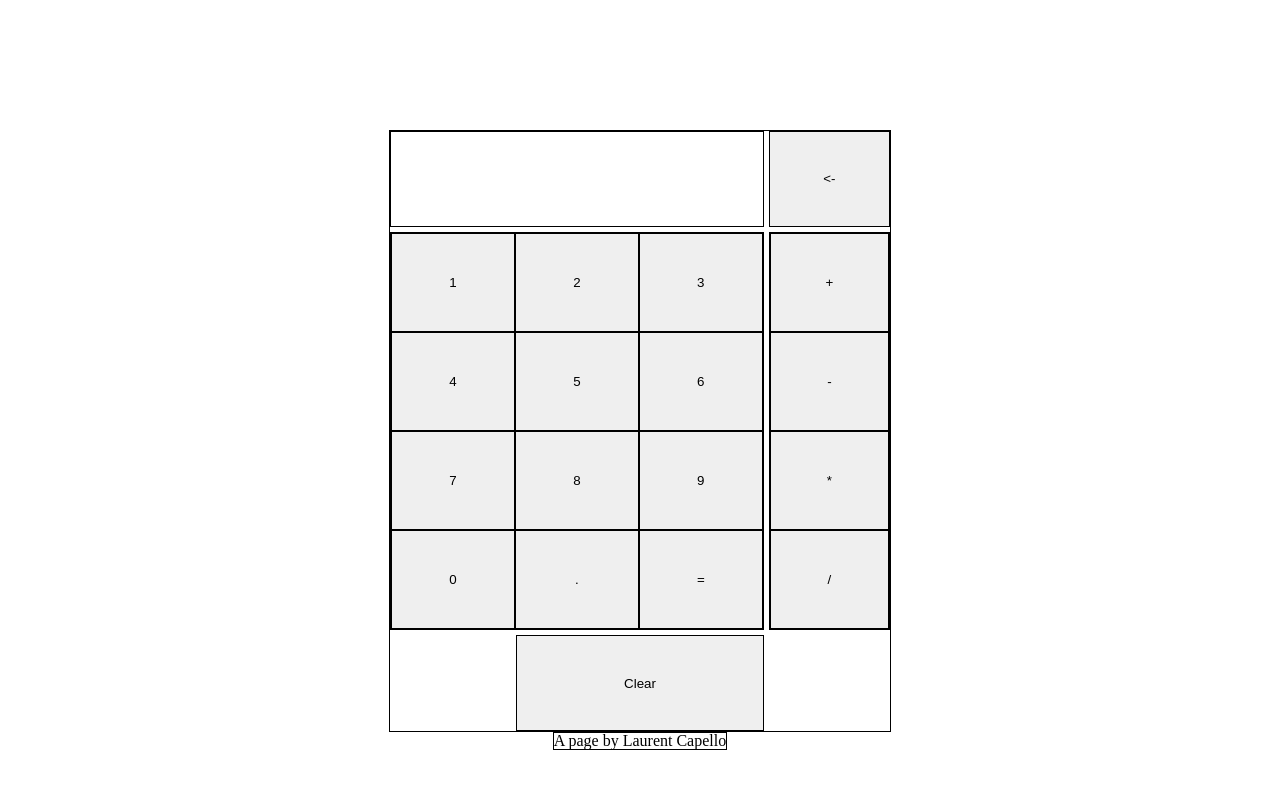
Repository: sokafootball/js-calculator
Page: index.html
The author's editor kept a copy of each file at every save. The page is drawn from the files as they stood at one save, then again after the next save.
The browser window is 1280 px wide. The pictures show the whole page.

Above is the page before, as saved 2020-04-26 12:44:43.

After the next save:
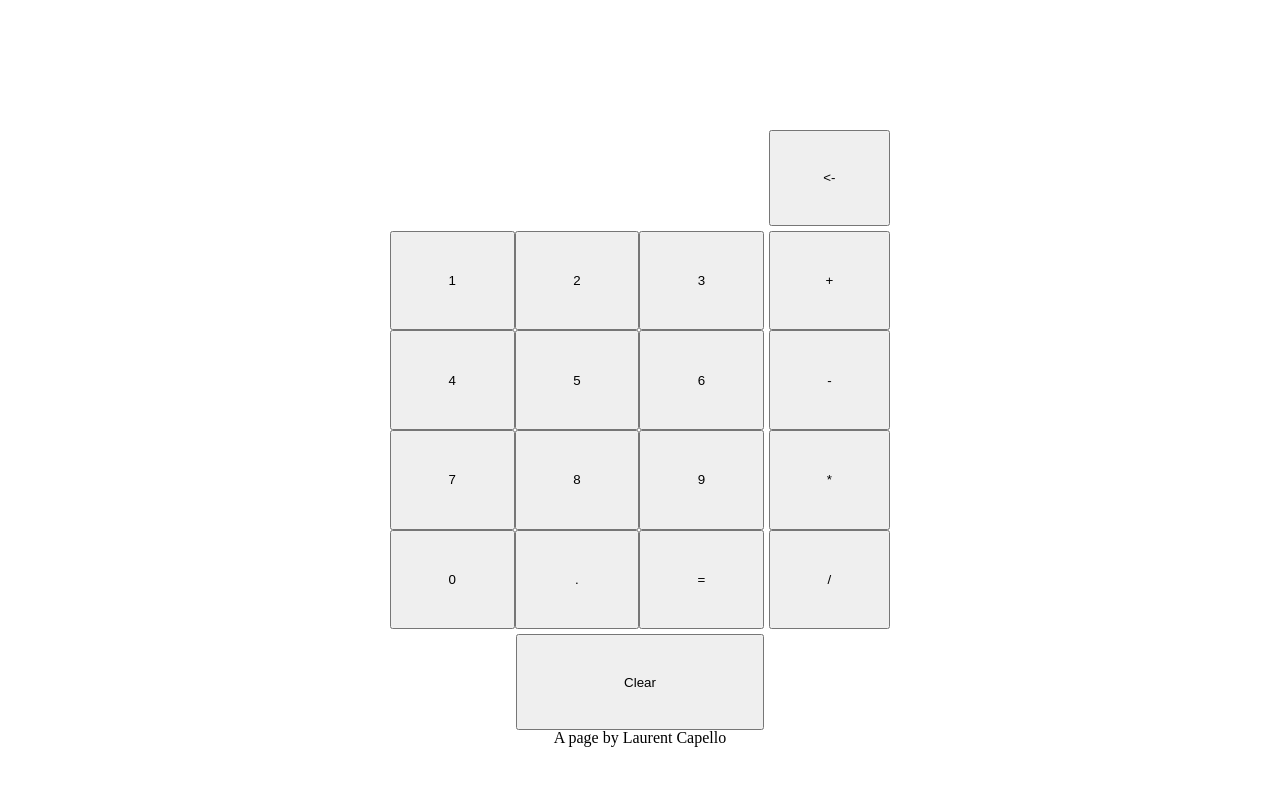
Saved 31 s later.
--- a/index.html
+++ b/index.html
@@ -2,7 +2,7 @@
 <head>
   <link rel="stylesheet" type="text/css" href="reset.css">
   <link rel="stylesheet" type="text/css" href="style.css">
-  <link rel="stylesheet" type="text/css" href="wireframe.css">
+  <!--<link rel="stylesheet" type="text/css" href="wireframe.css">-->
 </head>
 <body>
 <main id="main">
